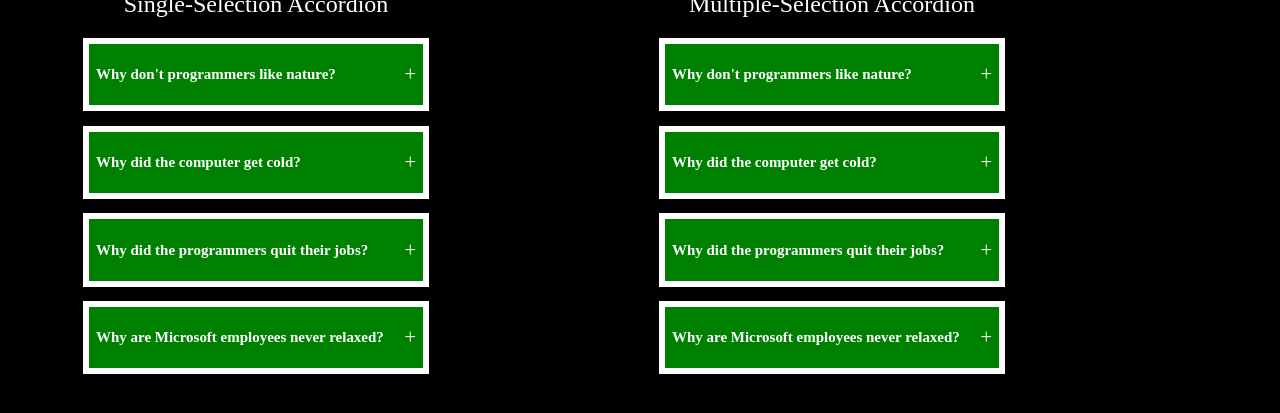
Repository: kosenijr/react-projects
Page: / (app in accordion/)
An editor plug-in stored every save of this project. The page is shown before and after the next save, followed by the edit.
The browser window is 1280 px wide. The pictures show the whole page.
The project was rebuilt for these pictures with package versions that can differ from the ones it lists, and the page was loaded fresh each time.

Above is the page before, as saved 2024-03-03 12:52:03.

After the next save:
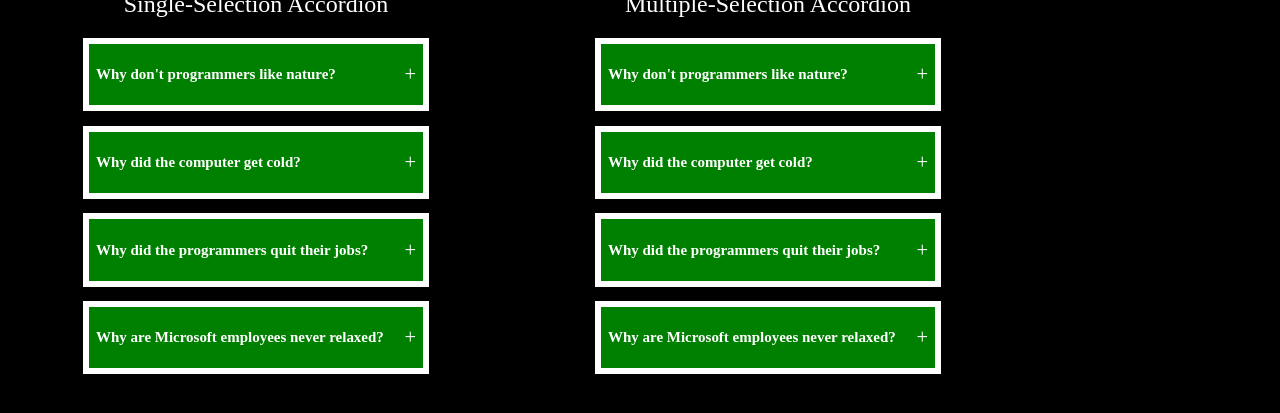
Saved 11 s later.
--- a/accordion/src/styles/MultiSelection.css
+++ b/accordion/src/styles/MultiSelection.css
@@ -3,7 +3,7 @@
   justify-content: center;
   align-items: center;
   height: 50vh;
-  width: 50%;
+  width: 40vw;;
   float: right;
 }
 

After the save that followed:
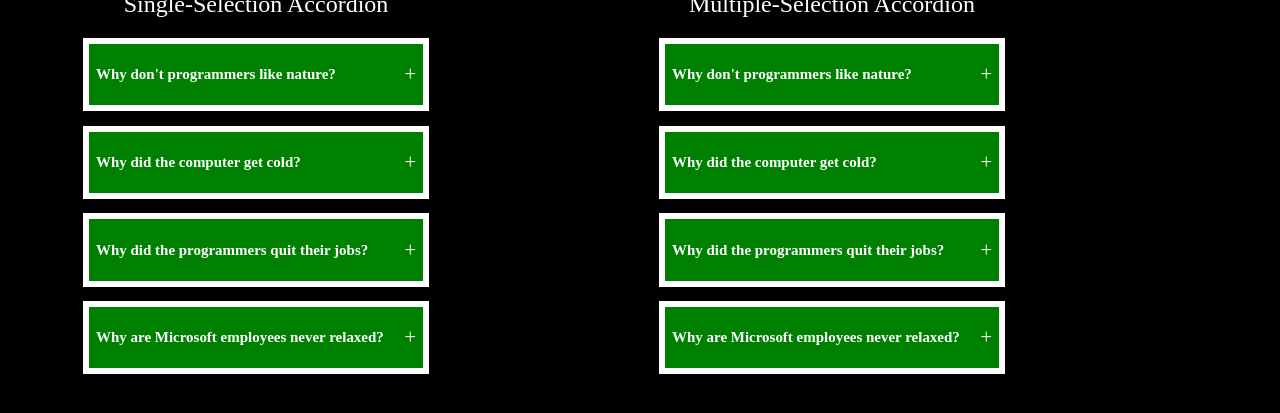
Saved 6 s later.
--- a/accordion/src/styles/MultiSelection.css
+++ b/accordion/src/styles/MultiSelection.css
@@ -3,7 +3,7 @@
   justify-content: center;
   align-items: center;
   height: 50vh;
-  width: 40vw;;
+  width: 50vw;
   float: right;
 }
 
